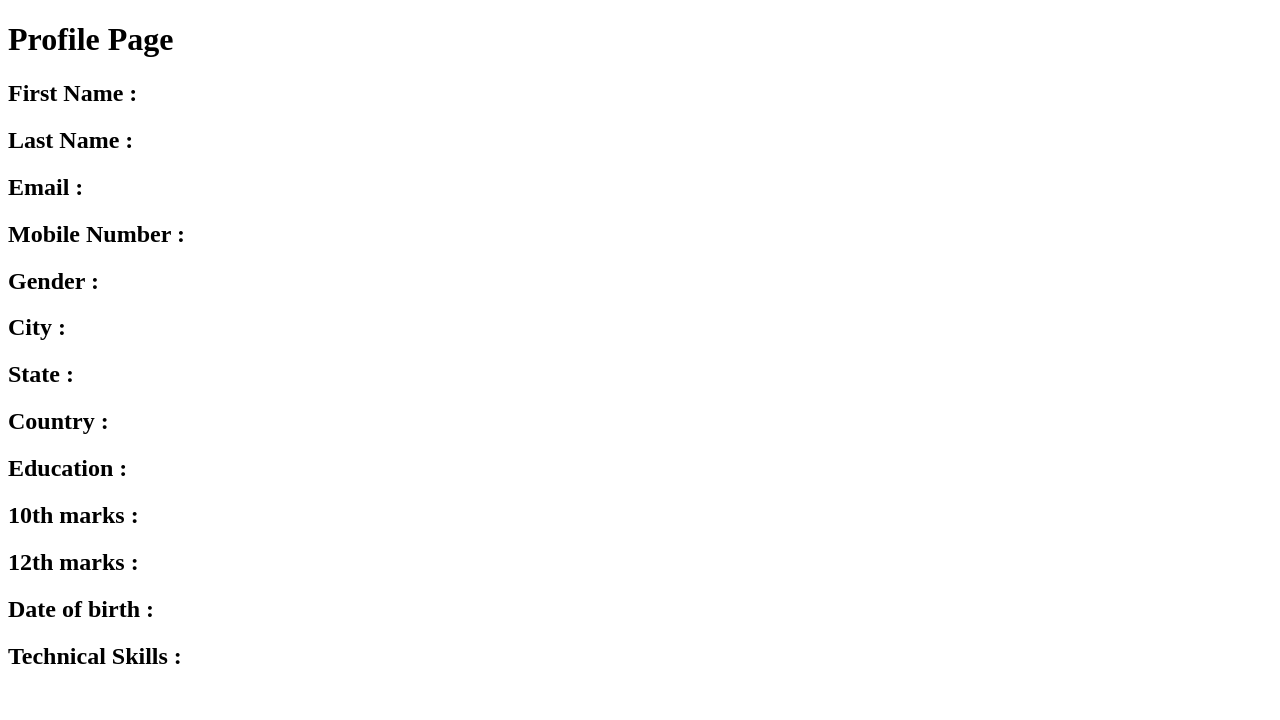
Repository: aboli-vyas/Servlet_Projects
Page: http://localhost/Sevlet_Project/Profile.jsp
The author's editor kept a copy of each file at every save. The page is drawn from the files as they stood at one save, then again after the next save.
The browser window is 1280 px wide. The pictures show the whole page.
The page is served by Tomcat 10. Other server files are loaded and not shown. The template is opened directly, without the code that normally fills it, so the values that code supplies are empty.

Above is the page before, as saved 2025-06-10 07:58:05.

### Sevlet_Project/src/main/webapp/Profile.jsp
<%@ page language="java" contentType="text/html; charset=UTF-8"
    pageEncoding="UTF-8"%>
<!DOCTYPE html>
<html>
<head>
<meta charset="UTF-8">
<title>Insert title here</title>
<link>
</head>
<body>

<h1>Profile Page</h1>

	<h2>First Name :${First_Name}</h2>

	<h2>Last Name :${Last_Name}</h2>

	<h2>Email :${Email}</h2>

	<h2>Mobile Number :${Mobile_Number}</h2>

	<h2>Gender :${Gender}</h2>

	<h2>City :${City}</h2>

	<h2>State :${State}</h2>

	<h2>Country :${Country}</h2>

    <h2>Education :${Education}</h2>

    <h2>10th marks :${tenth_Marks}</h2>

    <h2>12th marks :${twelth_Marks}</h2>

    <h2>Date of birth :${Date_of_Birth}</h2>

	<h2>Technical Skills :${Technical_Skills}</h2>

</body>
</html>

### Sevlet_Project/src/main/webapp/style2.css
* {
  box-sizing: border-box;
  margin: 0;
  padding: 0;
  font-family: Arial, sans-serif;
}

body {
  background: linear-gradient(to right, #6a11cb, #2575fc);
  height: 100vh;
  display: flex;
  justify-content: center;
  align-items: center;
  background-image: url("Images/bg2.jpg");
  background-size: cover;
  background-position: center;
  background-repeat: no-repeat;

}

.login-container {
  background-color: rgba(255, 255, 255, 0.3); /* semi-transparent */
  backdrop-filter: blur(10px); /* optional blur */
  padding: 40px;
  border-radius: 10px;
  width: 300px;
  box-shadow: 0 0 15px rgba(0,0,0,0.3);
}

.login-container h2 {
  text-align: center;
  margin-bottom: 25px;
  color: #333;
}

.login-container label {
  display: block;
  margin: 10px 0 5px;
  color: black;
}

.login-container input {
  width: 100%;
  padding: 10px;
  border: 1px solid #aaa;
  border-radius: 5px;
  margin-bottom: 15px;
  background-color: transparent;

}

.login-container button {
  width: 100%;
  padding: 10px;
  background-color: #9b0a9b ;
  color: white;
  border: none;
  border-radius: 5px;
  cursor: pointer;
}

.login-container button:hover {
  background-color: #1a5ed9;
}

.error-message {
  color: red;
  text-align: center;
  display: none;
}

After the next save:
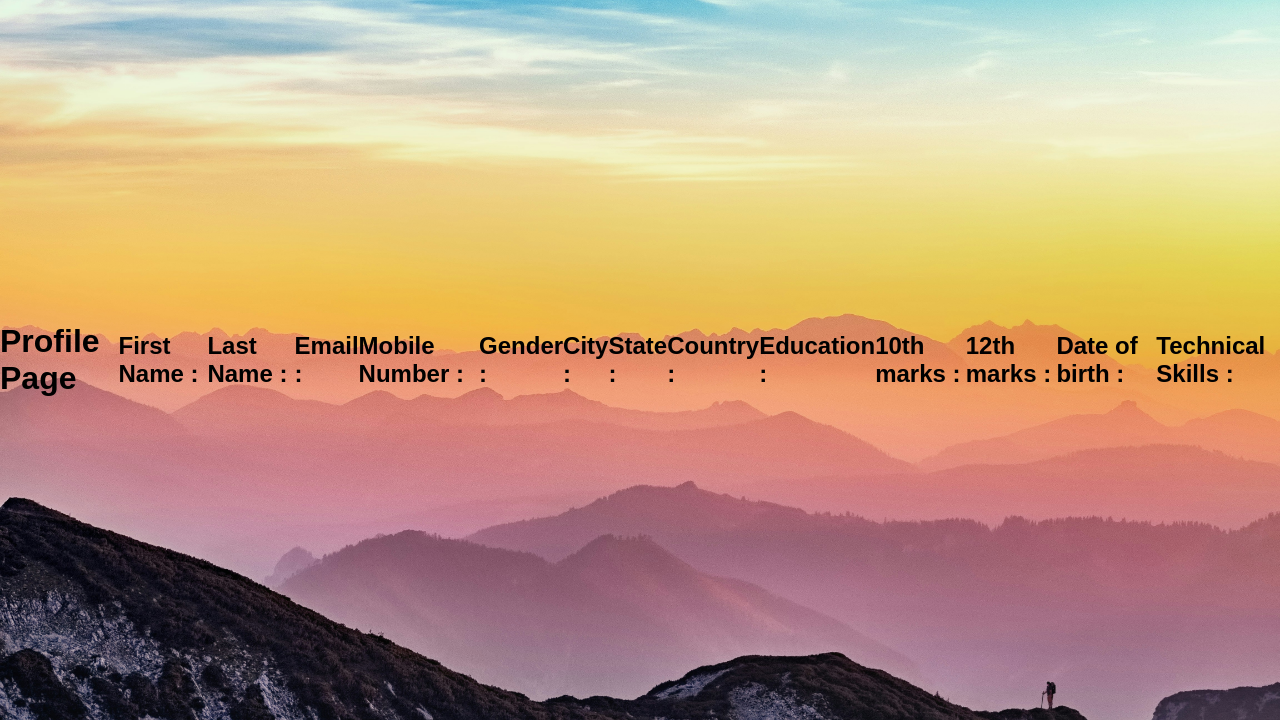
Saved 25 s later.
--- a/Sevlet_Project/src/main/webapp/Profile.jsp
+++ b/Sevlet_Project/src/main/webapp/Profile.jsp
@@ -5,7 +5,7 @@
 <head>
 <meta charset="UTF-8">
 <title>Insert title here</title>
-<link>
+<link rel="stylesheet" href="style2.css">
 </head>
 <body>
 
